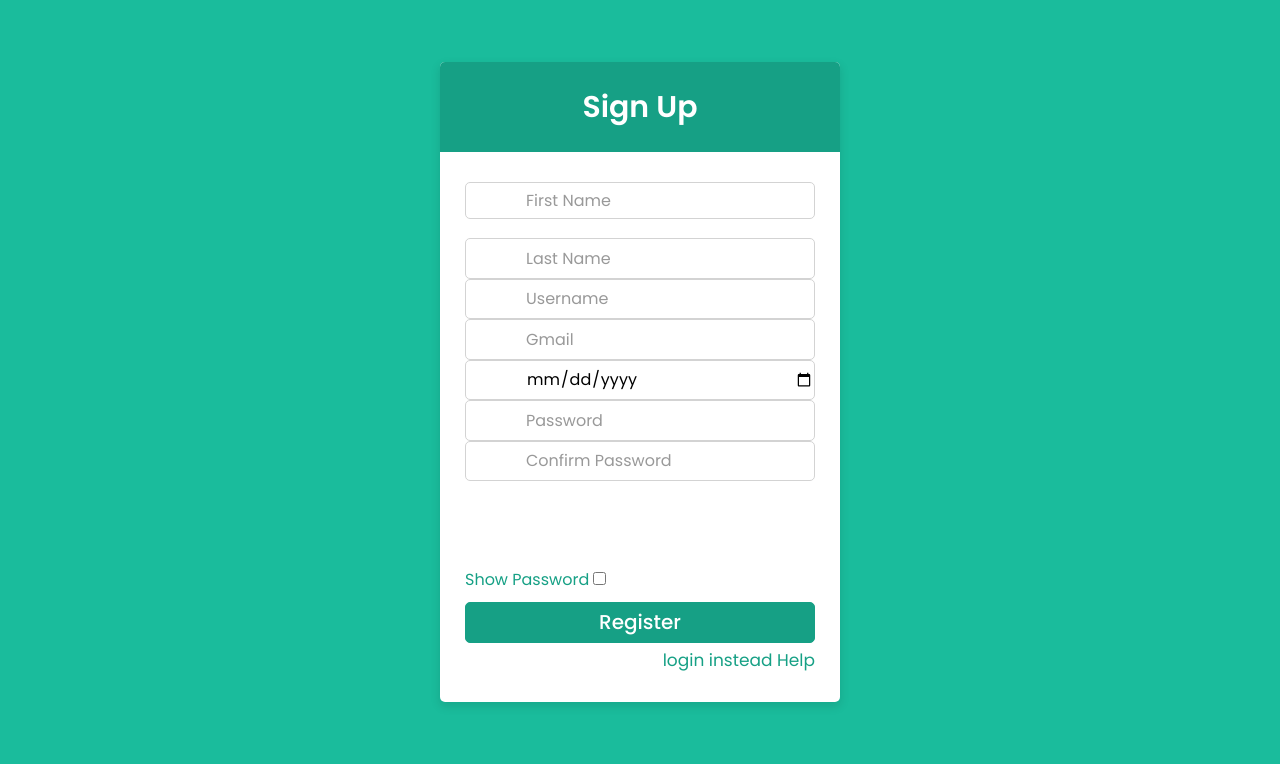
Repository: AOY311/DuckEdu
Page: test2.html
These files come from the project's save history. The page is drawn as it stood at one moment and after the next save; the edit follows.
The browser window is 1280 px wide. The pictures show the whole page.

Above is the page before, as saved 2021-10-28 09:47:04.
Console error: SyntaxError: missing ) after argument list

After the next save:
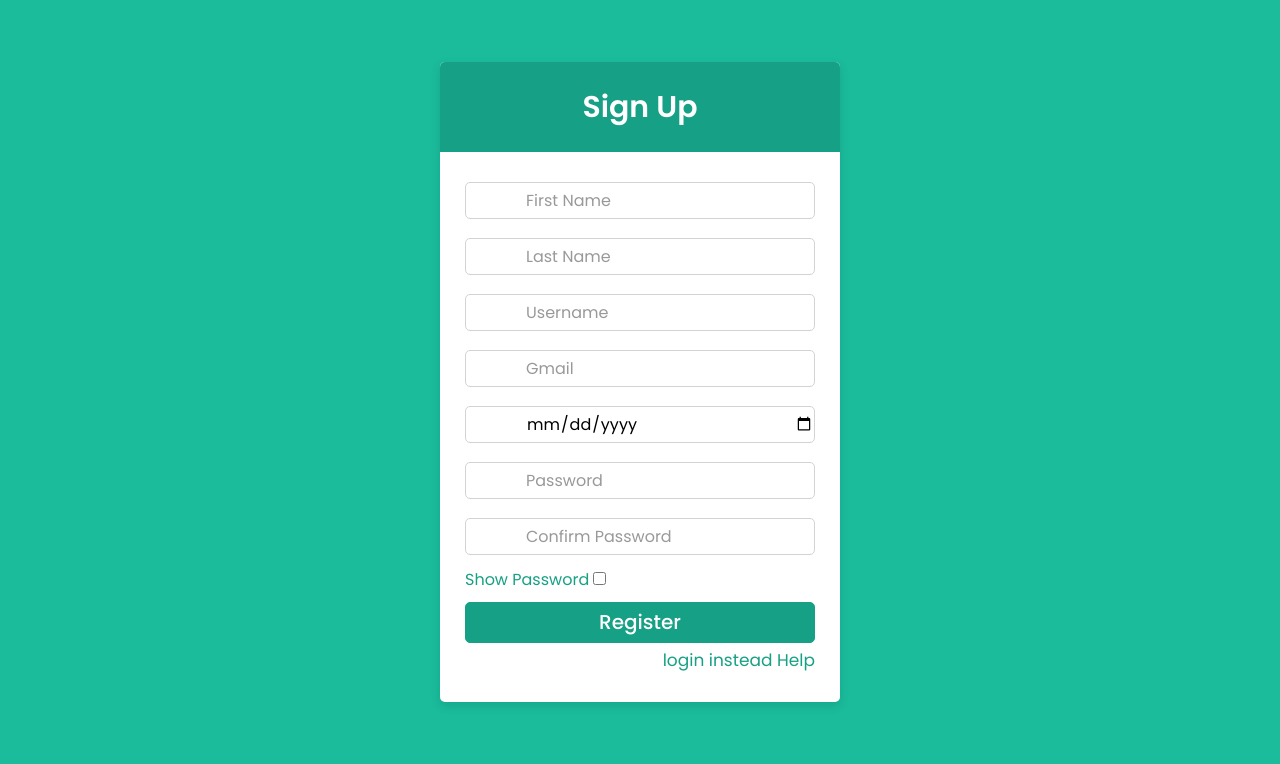
Saved 83 s later.
--- a/test2.html
+++ b/test2.html
@@ -233,24 +233,35 @@
                             <input class="inline row" type="text" name="firstname" id="firstname" placeholder="First Name" required>
                             <span class="error" id="errFirstname">First Name must be characters. </span>
                         </div>
-
-                        <input class="inline row" type="text" name="lastname" id="lastname" placeholder="Last Name" required>
-                        <span class="error" id="errLastname">Last Name must be characters. </span>
-
-                        <input class="inline row" type="text" name="username" id="username" placeholder="Username" required>
-                        <span class="error" id="errUsername">Username must be from 6 to 30 characters and no start number.</span>
-
-                        <input class="inline row" type="text" name="gmail" id="gmail" placeholder="Gmail" required>
-                        <span class="error" id="errEmail">Email don't valid</span>
-
-                        <input class="inline row" type="date" name="date" id="date" placeholder="Date of Birth" required>
-                        <span class="error" id="errDob">Date of Birth must be less than current day</span>
-
-                        <input class="inline row" type="password" placeholder="Password" required>
-                        <span class="error" id="errPassword">Password must be from 6 to 30 characters.</span>
-
-                        <input class="inline row" type="password" name="confirm-password" id="confirm-password" placeholder="Confirm Password" required>
-                        <span class="error" id="errConfpass">Password doesn't match.</span>
+                        <div class="box">
+                            <input class="inline row" type="text" name="lastname" id="lastname" placeholder="Last Name" required>
+                            <span class="error" id="errLastname">Last Name must be characters. </span>
+                        </div>
+                        <div class="box">
+                            <input class="inline row" type="text" name="username" id="username" placeholder="Username" required>
+                            <span class="error" id="errUsername">Username must be from 6 to 30 characters and no start number.</span>
+                        </div>
+                        <div class="box">
+                            <input class="inline row" type="text" name="gmail" id="gmail" placeholder="Gmail" required>
+                            <span class="error" id="errEmail">Email don't valid</span>
+                        </div>
+                        <div class="box">
+                            <input class="inline row" type="date" name="date" id="date" placeholder="Date of Birth" required>
+                            <span class="error" id="errDob">Date of Birth must be less than current day</span>
+                        </div>
+                        <div class="box">
+                            <input class="inline row" type="password" placeholder="Password" required>
+                            <span class="error" id="errPassword">Password must be from 6 to 30 characters.</span>
+                        </div>
+                        <div class="box">
+                            <input class="inline row" type="password" name="confirm-password" id="confirm-password" placeholder="Confirm Password" required>
+                            <span class="error" id="errConfpass">Password doesn't match.</span>
+                        </div>
+
+
+
+
+
 
                     </div>
                     <div class="show-pass">
